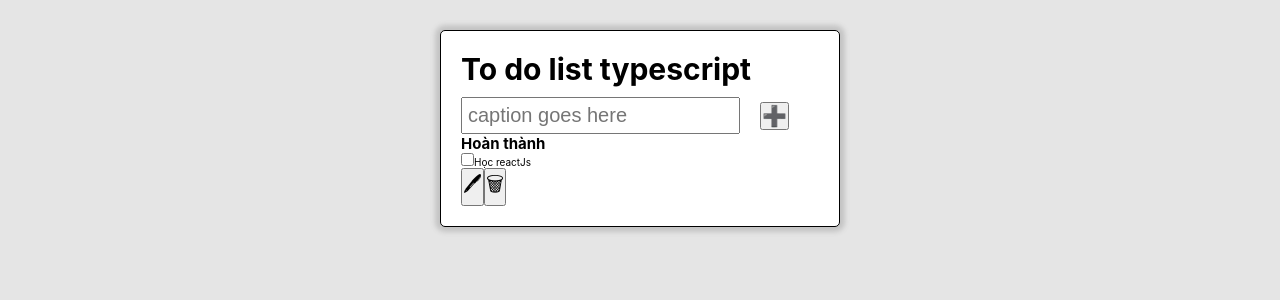
Repository: Nhatktvn/TodoListReactTs
Page: /
The author's editor kept a copy of each file at every save. The page is drawn from the files as they stood at one save, then again after a run of saves.
The browser window is 1280 px wide. The pictures show the whole page.
The project was rebuilt for these pictures with package versions that can differ from the ones it lists, and the page was loaded fresh each time. Also part of the build but not shown: src/components/TaskList/tasklist.module.scss.

Above is the page before, as saved 2023-11-08 08:48:16.

After the next 3 saves:
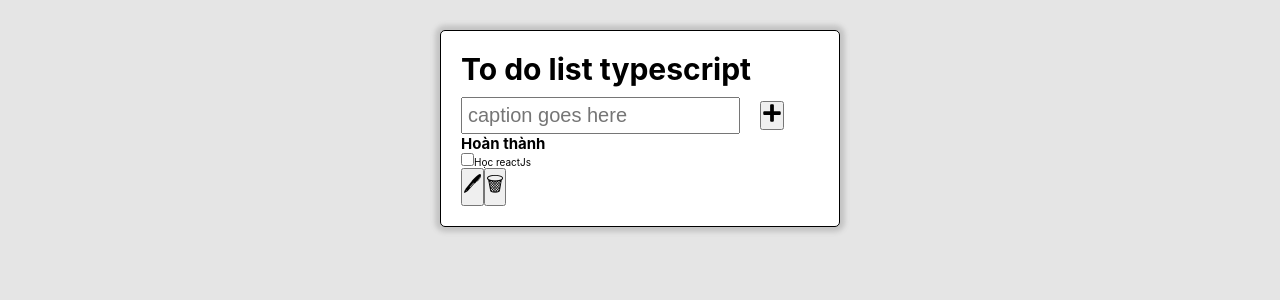
The 3 saves are shown as one change because 2 did not build or start.
The last was saved 4 min 15 s later.
--- a/src/components/TaskInput/TaskInput.tsx
+++ b/src/components/TaskInput/TaskInput.tsx
@@ -1,12 +1,15 @@
 import React from 'react'
 import styles from './taskInput.module.scss'
+import { FaPlus } from 'react-icons/fa'
 export default function TaskInput() {
   return (
     <div>
       <h1 className={styles.title}>To do list typescript</h1>
       <form className={styles.form}>
         <input type='text' placeholder='caption goes here' />
-        <button type='submit'>➕</button>
+        <button type='submit'>
+          <FaPlus />
+        </button>
       </form>
     </div>
   )
